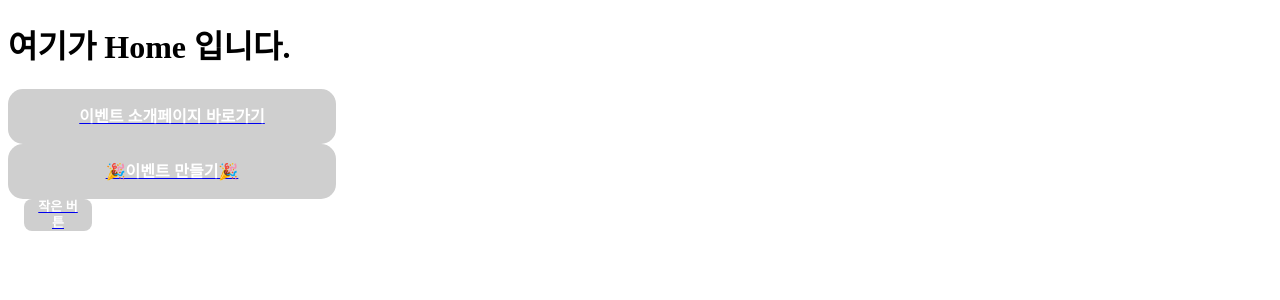
Repository: nyong-nyong/pangparty-fe
Page: /
An editor plug-in stored every save of this project. The page is shown before and after a run of saves, followed by the edit.
The browser window is 1280 px wide. The pictures show the whole page.
The project was rebuilt for these pictures with package versions that can differ from the ones it lists, and the page was loaded fresh each time. Also part of the build but not shown: craco.config.js, vite.config.ts, src/components/PhotoAlbum/PhotoAlbum.jsx, src/pages/IntroEventPage.jsx, src/components/CreatePiece/CreatePieceFont.jsx, src/components/CreatePiece/RpThemeChange.jsx, src/components/CreatePiece/CreatedPiece.jsx, src/components/CreatePiece/CreatePiece.css and 6 more.

Above is the page before, as saved 2023-02-05 14:55:45.

### public/index.html
<!DOCTYPE html>
<html lang="en">
  <head>
    <meta charset="utf-8" />
    <link rel="icon" href="%PUBLIC_URL%/favicon.ico" />
    <meta name="viewport" content="width=device-width, initial-scale=1" />
    <meta name="theme-color" content="#000000" />
    <meta
      name="description"
      content="Web site created using create-react-app"
    />
    <link rel="apple-touch-icon" href="%PUBLIC_URL%/logo192.png" />
    <!--
      manifest.json provides metadata used when your web app is installed on a
      user's mobile device or desktop. See https://developers.google.com/web/fundamentals/web-app-manifest/
    -->
    <link rel="/manifest" href="%PUBLIC_URL%/manifest.json" />
    <!--
      Notice the use of %PUBLIC_URL% in the tags above.
      It will be replaced with the URL of the `public` folder during the build.
      Only files inside the `public` folder can be referenced from the HTML.

      Unlike "/favicon.ico" or "favicon.ico", "%PUBLIC_URL%/favicon.ico" will
      work correctly both with client-side routing and a non-root public URL.
      Learn how to configure a non-root public URL by running `npm run build`.
    -->
    <title>Pang! Party</title>
  </head>
  <body>
    <noscript>You need to enable JavaScript to run this app.</noscript>
    <div id="root"></div>
    <!--
      This HTML file is a template.
      If you open it directly in the browser, you will see an empty page.

      You can add webfonts, meta tags, or analytics to this file.
      The build step will place the bundled scripts into the <body> tag.

      To begin the development, run `npm start` or `yarn start`.
      To create a production bundle, use `npm run build` or `yarn build`.
    -->
  </body>
</html>

### src/App.jsx
import { BrowserRouter } from 'react-router-dom';

import Routers from './pages/Routers';

import './styles/App.css';

// 여기는 완전 최상위 컴포넌트
// 완성된 페이지들만 뿌려주세요.

function App() {
	return (
		<BrowserRouter>
			<Routers />
		</BrowserRouter>
	);
}

export default App;

### src/pages/Routers.jsx
import { Route, Routes } from 'react-router-dom';

import Home from './HomePage';
import IntroEvent from './IntroEventPage';
import CreatePiece from './CreatePiecePage';
import PieceList from './PieceListPage';
import NotFoundPage from './NotFoundPage';
import CreateEventPage from './CreateEventPage';
import StickerList from '../components/Sticker/StickerList';

// 라우터만 모이는 곳 (차후에 관리하기 편하도록 여기 다 때려박으면됨)

// 경로는 차후에 api설계 완료 시 바뀔 예정!!!! (임시)
export default function Routers() {
	return (
		<Routes>
			<Route path='/' element={<Home />} />
			<Route path='event'>
				<Route path='intro' element={<IntroEvent />} />
				<Route path='create' element={<CreateEventPage />} />
			</Route>
			<Route path='piece' element={<CreatePiece />} />
			<Route path='rollingpaper'>
				<Route path='' element={<PieceList />} />
				<Route path='sticker' element={<StickerList />} />
			</Route>
			<Route path='*' element={<NotFoundPage />} />
		</Routes>
	);
}

### src/styles/App.css
.appContainer {
  display: block;
  margin: 0 auto;
  max-width: 360px;
  /* 세로 길이는 임의로 설정. 추후 필요에 따라 수정 가능합니다. */
  min-height: 700px;
  border: 1px solid;
}

.wrapper {
  display: flex;
  flex-direction: column;
  height: 100vh;
}

.contentWrapper {
  flex: 1;
}

.footer {
  margin: 5px 15px;
}

.footerbutton {
  all: unset;
  margin: 5px;
  padding: 1px;
}

@font-face {
  font-family: "Pretendard-Regular";
  src: url("https://cdn.jsdelivr.net/gh/Project-Noonnu/noonfonts_2107@1.1/Pretendard-Regular.woff")
    format("woff");
  font-weight: 400;
  font-style: normal;
}

@font-face {
  font-family: "KyoboHandwriting2020A";
  src: url("https://cdn.jsdelivr.net/gh/projectnoonnu/noonfonts_2112@1.0/KyoboHandwriting2020A.woff")
    format("woff");
  font-weight: normal;
  font-style: normal;
}

@font-face {
  font-family: "KOTRAHOPE";
  src: url("https://cdn.jsdelivr.net/gh/projectnoonnu/noonfonts_2110@1.0/KOTRAHOPE.woff2")
    format("woff2");
  font-weight: normal;
  font-style: normal;
}

### src/pages/HomePage.jsx
// import SearchBar from "components/Search/SearchBar";
// import SearchResults from "components/Search/SearchResults";
// import SearchType from "components/Search/SearchType";
import { Link } from "react-router-dom";
import Button from "../components/common/Button";

// 우리 메인 홈화면

export default function HomePage() {
  return (
    <div>
      <h1>여기가 Home 입니다.</h1>
      {/* <SearchBar/>
      <SearchType/>
      <SearchResults/> */}
      <Link to="/event/intro">
        <Button>이벤트 소개페이지 바로가기</Button>
      </Link>
      <Link to="/event/tagmember">
        <div className="buttons">
          <Button>🎉이벤트 만들기🎉</Button>
          <Button size="small">작은 버튼</Button>
        </div>
      </Link>
    </div>
  );
}

### src/components/common/Button.jsx
/** eslint-disable */
import classNames from "classnames";
import "./Button.scss";

function Button({ children, size, color, ...rest }) {
  return (
    <button
      type="button"
      className={classNames("Button", size, color)}
      {...rest}
      // 지정한 props 를 제외한 값들을 rest 라는 객체에 모아서 설정
      // rest 안에 있는 객체안에 있는 값들을 모두 <button> 태그에 설정
      // onClick시 사용
      // https://react.vlpt.us/styling/01-sass.html
    >
      {children}
    </button>
  );
}

Button.defaultProps = {
  size: "large",
  color: "gray",
};

export default Button;

### src/components/common/Button.scss
$blue: #678cff; // 주석 선언
$orange: #ff7a5c;
$gray: #cfcfcf;

// @mixin button-color($color) {
//   background: $color;
//   // &:hover {
//   //   background: lighten($color, 10%);
//   // }
//   &:active {
//     background: darken($color, 10%);
//   }
// }

.Button {
  display: flex;
  flex-direction: row;
  justify-content: center;
  align-items: center;
  gap: 10px;
  border: none;
  cursor: pointer;
  color: #ffffff;
  text-decoration: none;

  /** 사이즈 관리 */
  &.large {
    width: 328px;
    height: 55px;
    padding: 5px 15px;
    border-radius: 15px;
    font-weight: 700;
    font-size: 16px;
    line-height: 19px;
  }

  &.small {
    width: 68px;
    height: 32px;
    padding: 8px 10px;
    border-radius: 8px;
    font-weight: 700;
    font-size: 13px;
    line-height: 16px;
  }

  // 색상 관리
  &.blue {
    background: $blue;
    &:hover {
      background: lighten($blue, 10%);
    }

    &:active {
      background: $blue;
    }
  }

  &.gray {
    background: $gray;
    &:hover {
      background: lighten($orange, 10%);
    }

    &:active {
      background: $orange;
    }
  }

  // &.orange {
  //   @include button-color($orange);
  // }

  & + & {
    margin-left: 1rem;
  }
}

Loaded but not shown: src/index.jsx (common file)

After the next 3 saves:
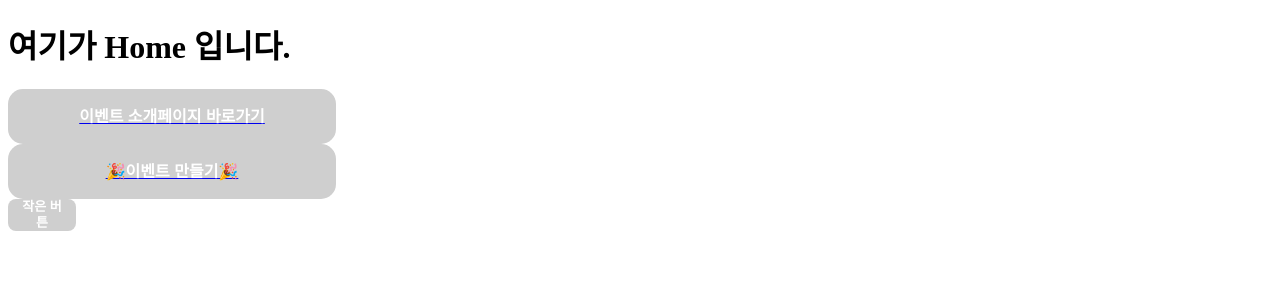
The 3 saves are shown as one change because they came seconds apart.
The last was saved 30 s later.
--- a/src/pages/HomePage.jsx
+++ b/src/pages/HomePage.jsx
@@ -17,11 +17,9 @@ export default function HomePage() {
         <Button>이벤트 소개페이지 바로가기</Button>
       </Link>
       <Link to="/event/tagmember">
-        <div className="buttons">
-          <Button>🎉이벤트 만들기🎉</Button>
-          <Button size="small">작은 버튼</Button>
-        </div>
+        <Button>🎉이벤트 만들기🎉</Button>
       </Link>
+      <Button size="small">작은 버튼</Button>
     </div>
   );
 }
